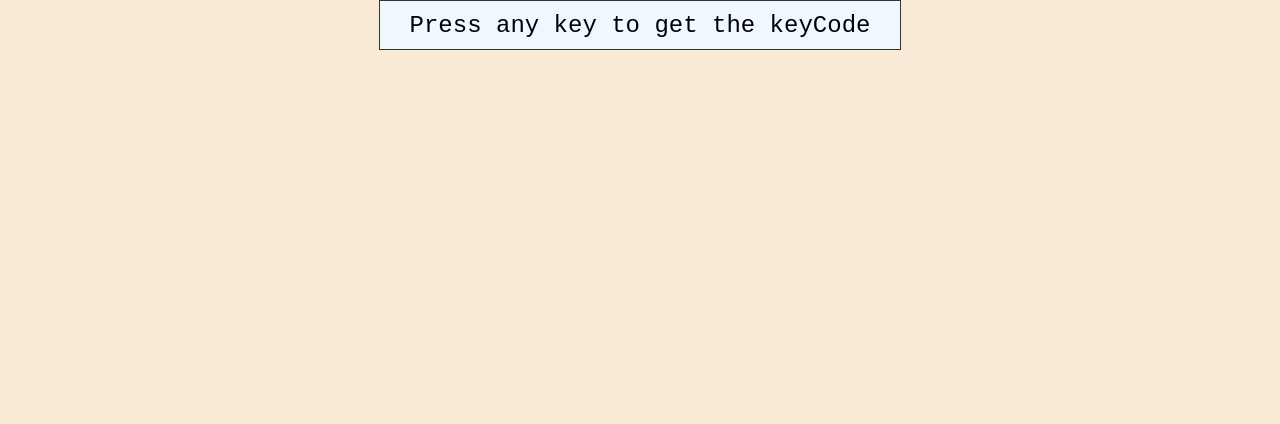
Repository: MMXiaohang/50projects50days-copy
Page: 11-event-keycodes/1-index.html
These files come from the project's save history. The page is drawn as it stood at one moment and after the next save; the edit follows.
The browser window is 1280 px wide. The pictures show the whole page.

Above is the page before, as saved 2022-07-14 23:20:51.

After the next save:
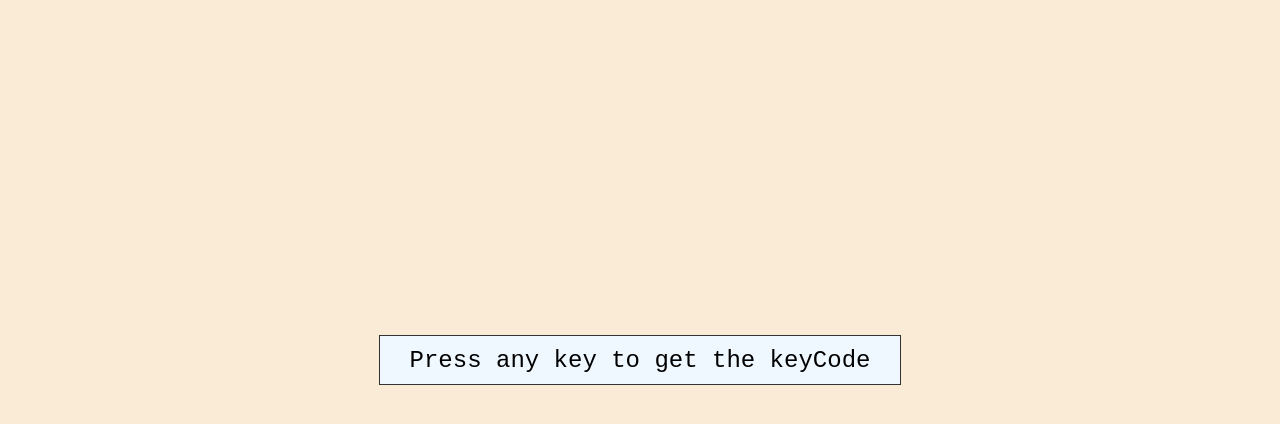
Saved 29 s later.
--- a/11-event-keycodes/1-style.css
+++ b/11-event-keycodes/1-style.css
@@ -9,6 +9,8 @@ body {
     align-items: center;
     background-color: antiquewhite;
     font-family: 'Courier New', Courier, monospace;
+    text-align: center;
+    height: 100vh;
 }
 
 .key {
